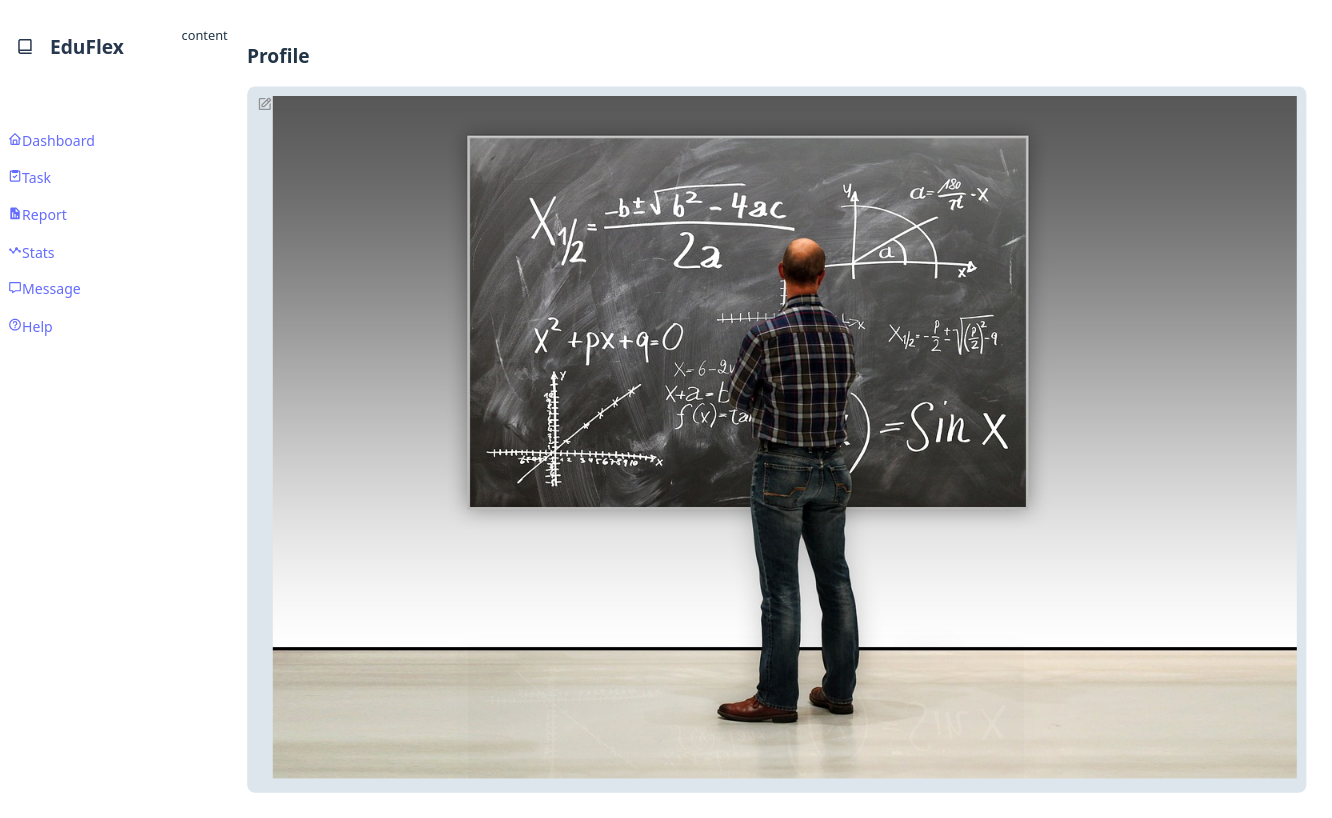
Repository: gogg23/react-dash
Page: /
An editor plug-in stored every save of this project. The page is shown before and after the next save, followed by the edit.
The browser window is 1280 px wide. The page is 1665 px wide, so the pictures cover 1665 px, including what lies to the right of the window. The pictures show the whole page, at 80% of full size.
The project was rebuilt for these pictures with package versions that can differ from the ones it lists, and the page was loaded fresh each time. Also part of the build but not shown: vite.config.js.

Above is the page before, as saved 2025-03-29 16:48:28.

### index.html
<!DOCTYPE html>
<html lang="en">
  <head>
    <meta charset="UTF-8" />
    <link rel="icon" type="image/svg+xml" href="/vite.svg" />
    <meta name="viewport" content="width=device-width, initial-scale=1.0" />
    <title>React Dashboard</title>
  </head>
  <body>
    <div id="root"></div>
    <script type="module" src="/src/main.jsx"></script>
  </body>
</html>

### src/App.jsx
import React from 'react';
import Sidebar from './components/Sidebar';
import Content from './components/Content';
import Profile from './components/Profile';
import './App.css';

const App = () => {
  return (
    <div className='dashboard'>
      <Sidebar />
      <div className='dashboard--content'>
        <>
          <Content />
          <Profile />
        </>
      </div>
    </div>
  );
};

export default App;

### src/components/Sidebar.jsx
import React from 'react';
import {
  BiHome,
  BiBookAlt,
  BiTask,
  BiMessage,
  BiSolidReport,
  BiStats,
  BiHelpCircle,
  BiTaskX,
} from 'react-icons/bi';
import '../styles/Sidebar.css';
const Sidebar = () => {
  return (
    <div className='menu'>
      <div className='logo'>
        <BiBookAlt className='logo-icon' />
        <h2>EduFlex</h2>
      </div>

      <div className='menu--list'>
        <a href='' className='item'>
          <BiHome />
          Dashboard
        </a>
        <a href='' className='item'>
          <BiTask />
          Task
        </a>
        <a href='' className='item'>
          <BiSolidReport />
          Report
        </a>
        <a href='' className='item'>
          <BiStats />
          Stats
        </a>
        <a href='' className='item'>
          <BiMessage />
          Message
        </a>
        <a href='' className='item'>
          <BiHelpCircle />
          Help
        </a>
      </div>
    </div>
  );
};

export default Sidebar;

### src/components/Content.jsx
import React from 'react';

function content() {
  return <div>content</div>;
}

export default content;

### src/components/Profile.jsx
import React from 'react';
import ProfileHeader from './profileHeader.jsx';
import '../styles/profile.css';

const Profile = () => {
  return (
    <div className='profile'>
      <ProfileHeader />
    </div>
  );
};

export default Profile;

### src/App.css
.dashboard {
  display: flex;
  gap: 20px;
}

.dashboard--content {
  background: #fff;
  flex: 1;
  border-radius: 20px;
  padding: 2rem;
  display: flex;
  gap: 1.5rem;
  justify-content: space-between;
}

### src/styles/sidebar.css
.sidebar {
  background-color: #dde6ed; /* Adjust to match your desired grey */
  width: 250px; /* Ensure proper width */
  height: 100vh; /* Full height */
  padding: 20px;
}

/* Menu container */
.menu {
  display: flex;
  flex-direction: column;
  gap: 2.3rem;
  height: 94vh;
}

/* Logo styles */
.logo {
  text-align: center;
  padding: 20px;
  color: #27374d;
  align-items: center;
  display: flex;
  gap: 20px;
}

.logo-icon {
  font-size: 1.4rem;
}

/* Menu items */
.menu--list {
  display: flex;
  flex-direction: column;
  gap: 20px;
  font-size: 1.1rem;
  text-decoration: none;
  font-weight: 600;
  padding: 10px;
  border-radius: 10px;
  transition: 0.3s ease-in-out;
  color: #27374d;
}

/* Menu item hover effect */
.menu--list .item:hover,
.active {
  background-color: #27374d;
  color: #dde6ed !important;
}

### src/components/profileHeader.jsx
import React from 'react';
import { BiEdit } from 'react-icons/bi';
import '../styles/profileHeader.css';
import Image1 from '../assets/images/Image1.jpg';

const profileHeader = () => {
  return (
    <div>
      <div className='header--title'></div>
      <h2 className='header--title'>Profile</h2>
      <div className='edit'>
        <BiEdit className='icon' />

        <div className='user--profile'>
          <div className='user--detail'>
            <img src={Image1} alt='' />
          </div>
        </div>
      </div>
    </div>
  );
};

export default profileHeader;

### src/styles/profile.css
.profile {
  flex: 1;
}
.profile--header {
  display: flex;
  justify-content: space-between;
  align-items: center;
}
.edit {
  background: #dde6ed;
  padding: 12px;
  border-radius: 10px;
  color: #939393;
  display: flex;
  justify-content: center;
}

.edit .icon {
  font-size: 20px;
  transition: 0.5s ease-in-out;
}

Loaded but not shown: src/main.jsx (common file); src/index.css (common file); src/styles/profileHeader.css (no stored copy; drawn as an empty file)

After the next save:
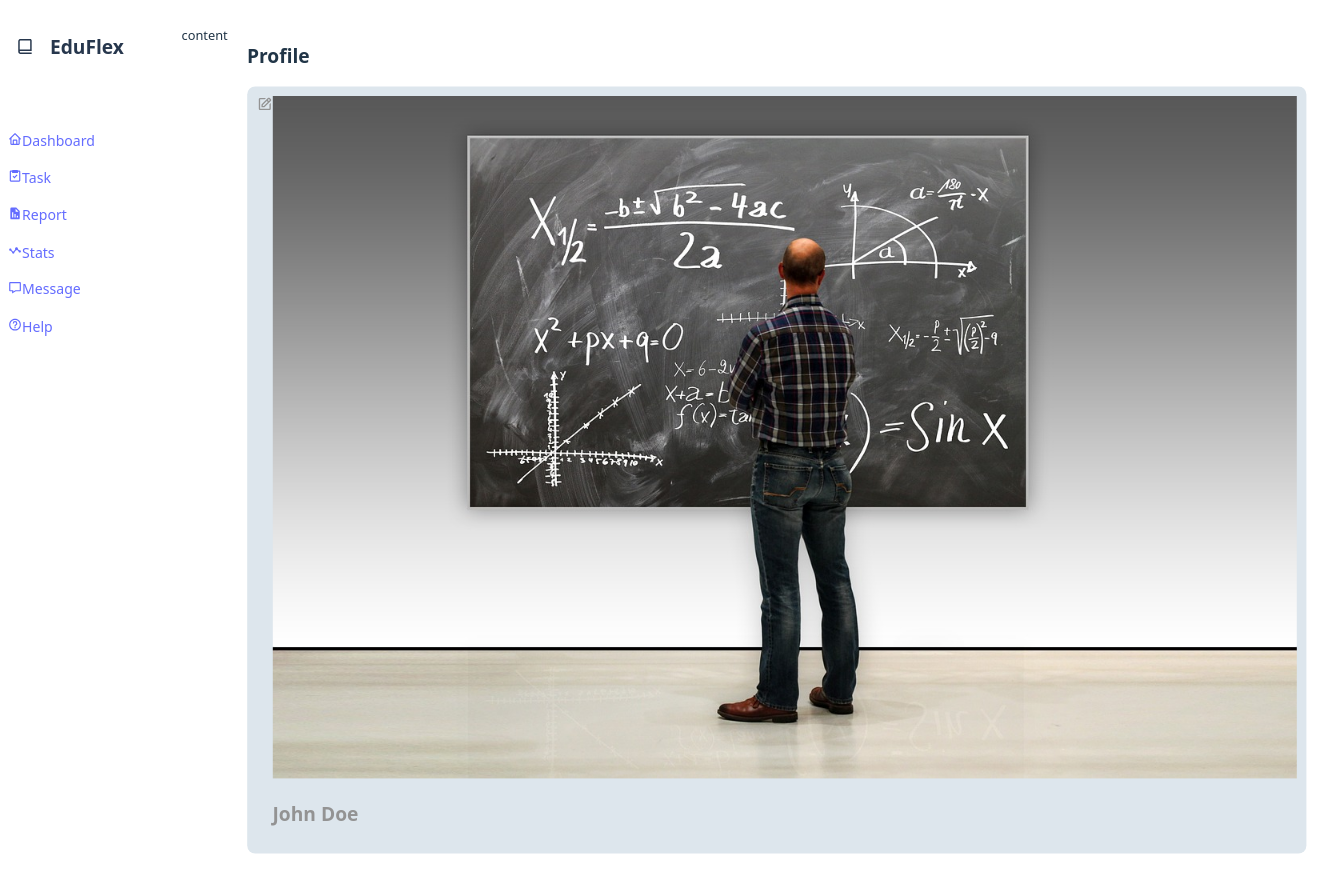
Saved 45 s later.
--- a/src/components/profileHeader.jsx
+++ b/src/components/profileHeader.jsx
@@ -14,6 +14,7 @@ const profileHeader = () => {
         <div className='user--profile'>
           <div className='user--detail'>
             <img src={Image1} alt='' />
+            <h2 className='user--name'>John Doe</h2>
           </div>
         </div>
       </div>
